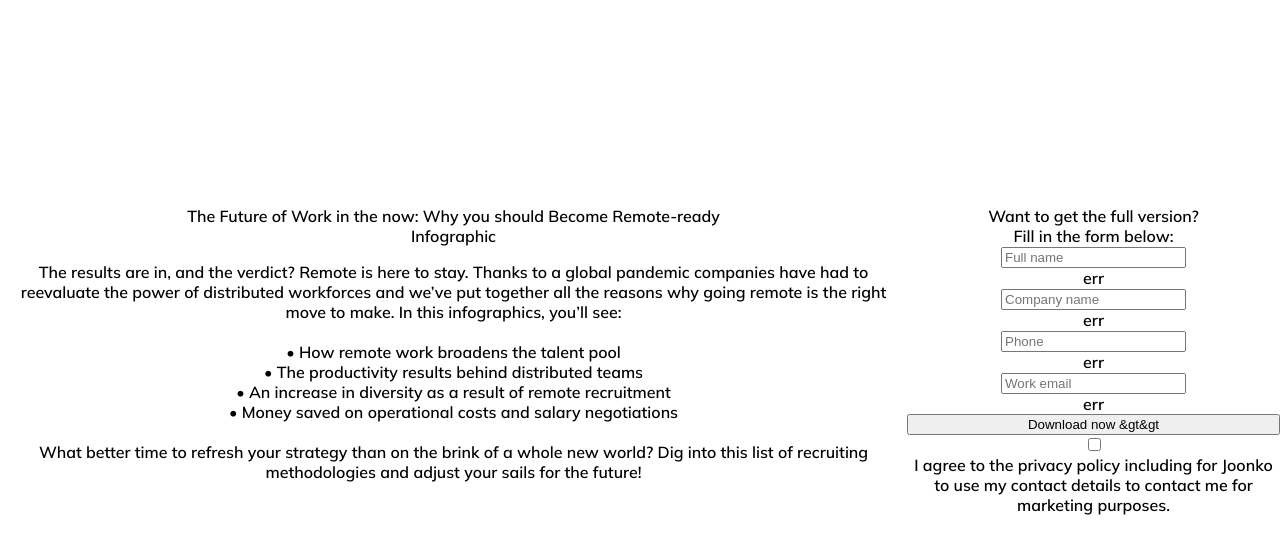
Repository: zivmorad/joonko-form
Page: /
These files come from the project's save history. The page is drawn as it stood at one moment and after the next save; the edit follows.
The browser window is 1280 px wide. The pictures show the whole page.
The project was rebuilt for these pictures with package versions that can differ from the ones it lists, and the page was loaded fresh each time.

Above is the page before, as saved 2021-08-03 10:52:12.

After the next save:
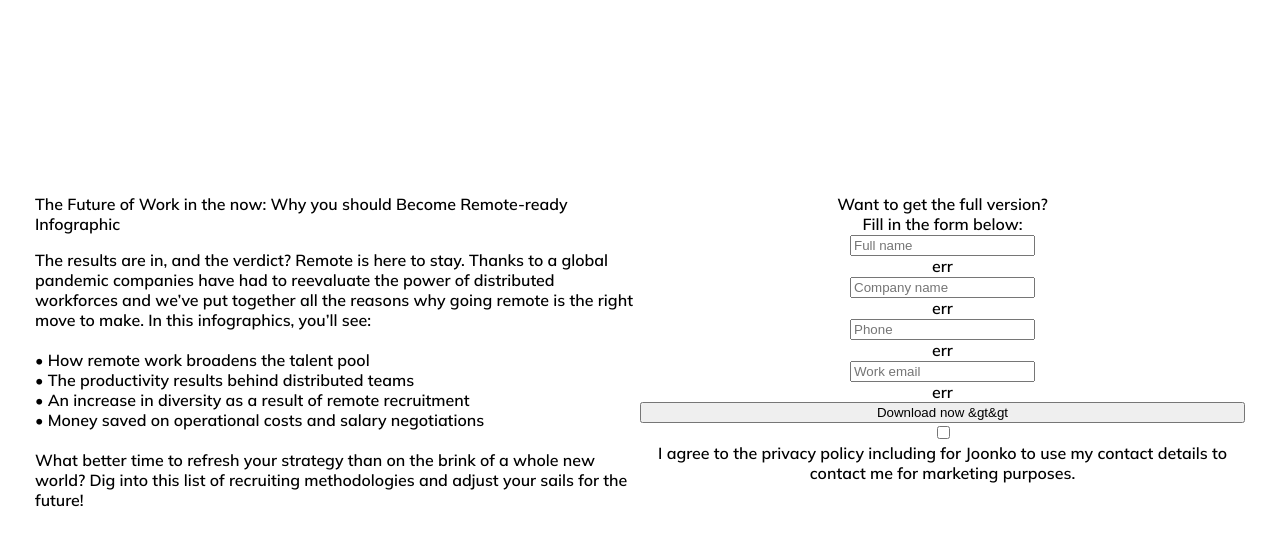
Saved 4 min 19 s later.
--- a/src/App.scss
+++ b/src/App.scss
@@ -41,5 +41,14 @@ body {
 	height: 100%;
 	justify-content: center;
 	.app-wrapper {
+		padding: 35px;
+		justify-content: space-between;
+		.details-wrapper {
+			width: 50%;
+			text-align: left;
+		}
+		.form-section {
+			width: 50%;
+		}
 	}
 }
